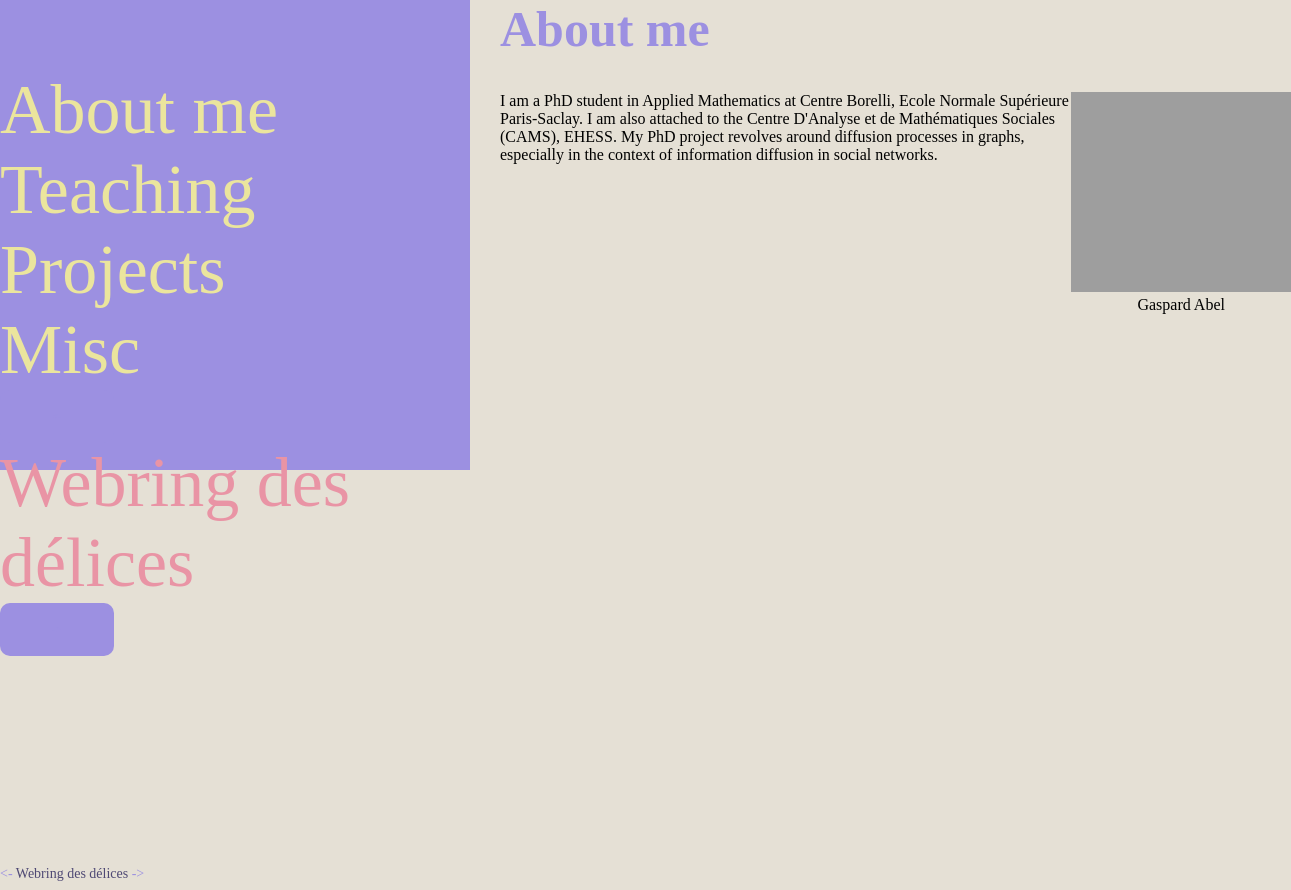
Repository: gaetanserre/gas-abel.github.io
Page: .vscode/gas-abel.github.io/index.html
These files come from the project's save history. The page is drawn as it stood at one moment and after the next save; the edit follows.
The browser window is 1280 px wide. The page is 1291 px wide, so the pictures cover 1291 px, including what lies to the right of the window. The pictures show the whole page.
Pictures or frames that could not be fetched are drawn as grey boxes. Some web fonts or font styles are not loaded; a fallback is used.

Above is the page before, as saved 2025-06-29 19:50:46.

After the next save:
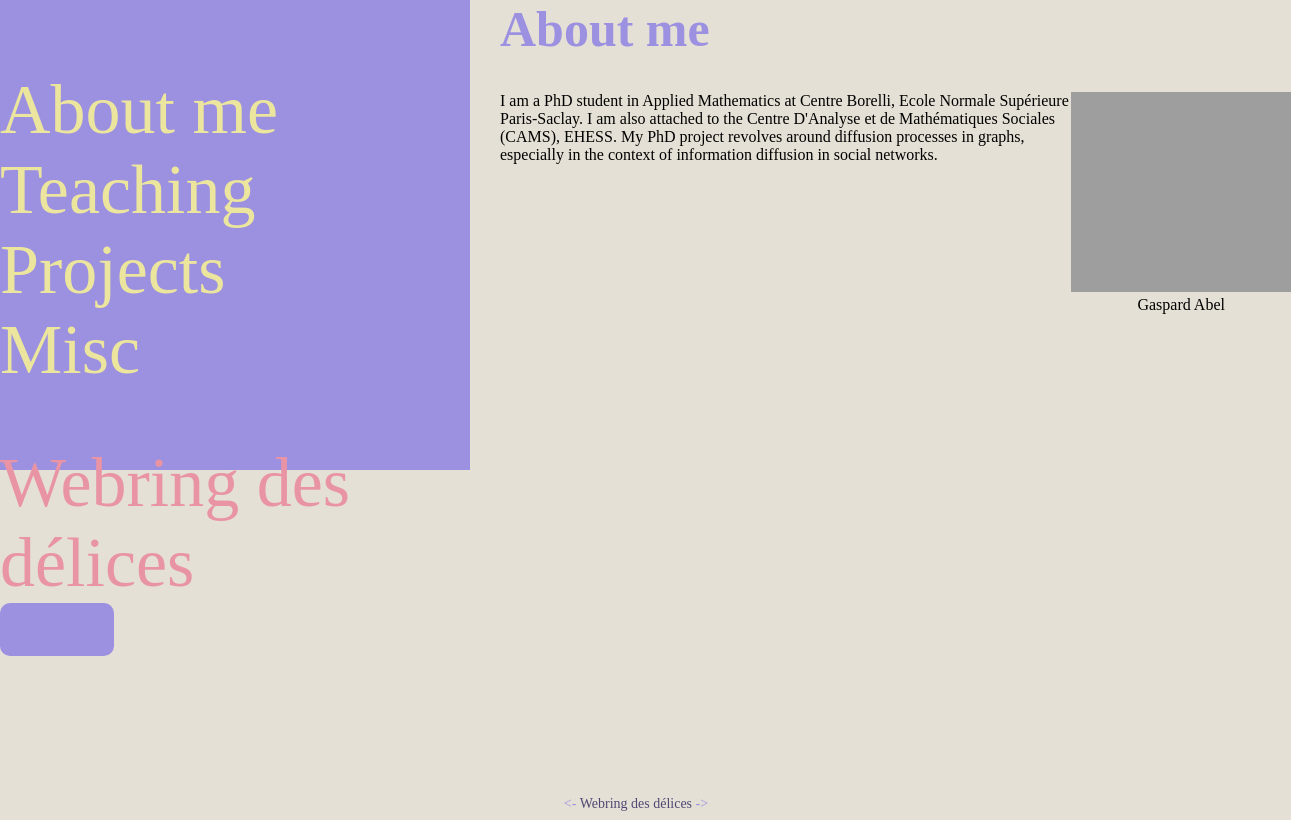
Saved 2 min 2 s later.
--- a/.vscode/gas-abel.github.io/style.css
+++ b/.vscode/gas-abel.github.io/style.css
@@ -72,8 +72,9 @@ figcaption {
 }
 
 #footnotes {
-  margin-top: 500px;
+  margin-top: 430px;
   font-size: 14px;
+  text-align: center;
   color: #4f4974;
 }
 
